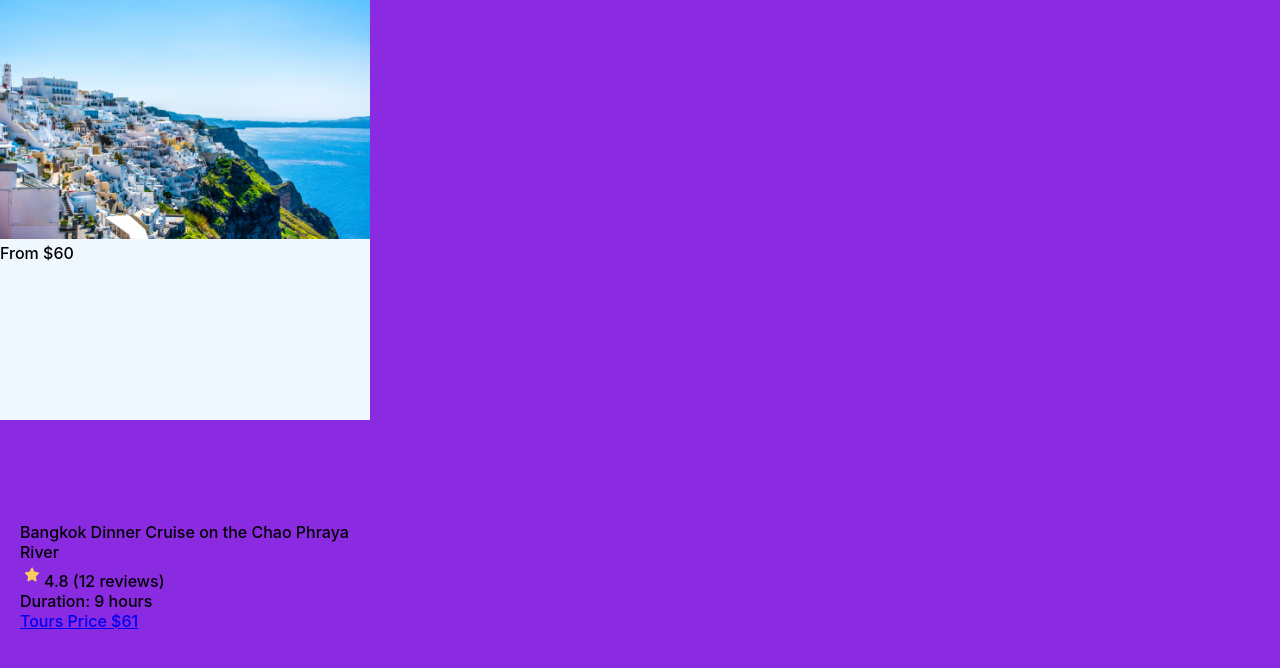
Repository: nguyentuankiet-k61/K_IT-demo
Page: index.html
The author's editor kept a copy of each file at every save. The page is drawn from the files as they stood at one save, then again after the next save.
The browser window is 1280 px wide. The pictures show the whole page.
Some web fonts or font styles are not loaded; a fallback is used.

Above is the page before, as saved 2022-09-25 12:26:04.

### index.html
<!DOCTYPE html>
<html lang="en">
<head>
    <meta charset="UTF-8">
    <meta http-equiv="X-UA-Compatible" content="IE=edge">
    <meta name="viewport" content="width=device-width, initial-scale=1.0">
    <title>HTML CSS Master</title>
    <link rel = "preconnect" href = "https://fonts.googleapis.com">
    <link rel = "preconnect" href = "https://fonts.gstatic.com" crossorigin>
    <link href = "https: //fonts.googleapis.com/css2? family = Inter: wght @ 500; 600 & display = swap "rel =" stylesheet ">
    <link rel="stylesheet" href="./CSS/app.css">
</head>
<body>
 <div class="">
    <div class="Tours">
        <!-- <div class="Tours_top">
            <img src="./image/img1.png" alt="this_is_image"/>From $40
        </div>
        <div class="Tours_content">

            <div class="Tours_titlle">Thailands Ayutthaya Temples
                Cruise from Bangkok</div>

            <div class="Tours_ratting">
                <div class="Tours_review">
                    <div class="Tours_review_count">
                        <img src="./image/img-star.png" alt="tours-ratting"/>4.8 (12 reviews)
                    </div>
                    <div class="Tours_Duration">Duration: 9 hours</div>
                </div>
            </div>
            <a href="https://www.facebook.com/kutooo" target="_blank"
            rel="noopener noreferrer" class="Tours-botton">Tours Price $61</a></br>
        <div class="Tours_top">
            <img src="./image/img1.png" alt="this_is_image"/>From $70
        </div>
        <div class="Tours_content">
            <div class="Tours_titlle">
                FLoating Markets Day Trip from
                Bangkok
            </div>
            <div class="Tours_ratting">
                <div class="Tours_review_count">
                    <img src="./image/img-star.png" alt="tours-ratting"/>4.8 (12 reviews)

                </div>
                <div class="Tours_Duration">
                    Duration: 9 hours
                </div>
            </div>
            <a href="https://www.facebook.com/kutooo" target="_blank"
            rel="noopener noreferrer"
            class="Tours_botton">Tours Price $61</a></br>
        </div>
        </div> -->
        <div class="Tours_top">
            <img src="./image/img3.png" alt="this_is_image"/>From $60
             <div class="Tours_content">
                <div class="Tours_titlle">
                    Bangkok Dinner Cruise on the
                    Chao Phraya River
                </div>
                <div class="Tours_ratting">
                    <div class="Tours_review_count">
                        <img src="./image/img-star.png" alt="tours-ratting"/>4.8 (12 reviews)

                    </div>
                    <div class="Tours_Ducatiom">
                        Duration: 9 hours
                    </div>
                </div>
               <a href="https://www.facebook.com/kutooo" target="_blank"
               rel="noopener noreferrer"
               class="Tours_botton">Tours Price $61</a>
            </div>
        </div>
    </div>
 </div>
</body>
</html>

### CSS/app.css
*{
    margin: 0;
    padding: 0;
    box-sizing: border-box;
}
body{
    font-family: 'Inter', sans-serif;
    font-weight: 500;
    background-color: blueviolet;
}
.Tours{
    width: 370px;
    height: 420px;
    background-color: aliceblue;
}
.Tours_content{
    padding: 259px 20px 14px;
}

After the next save:
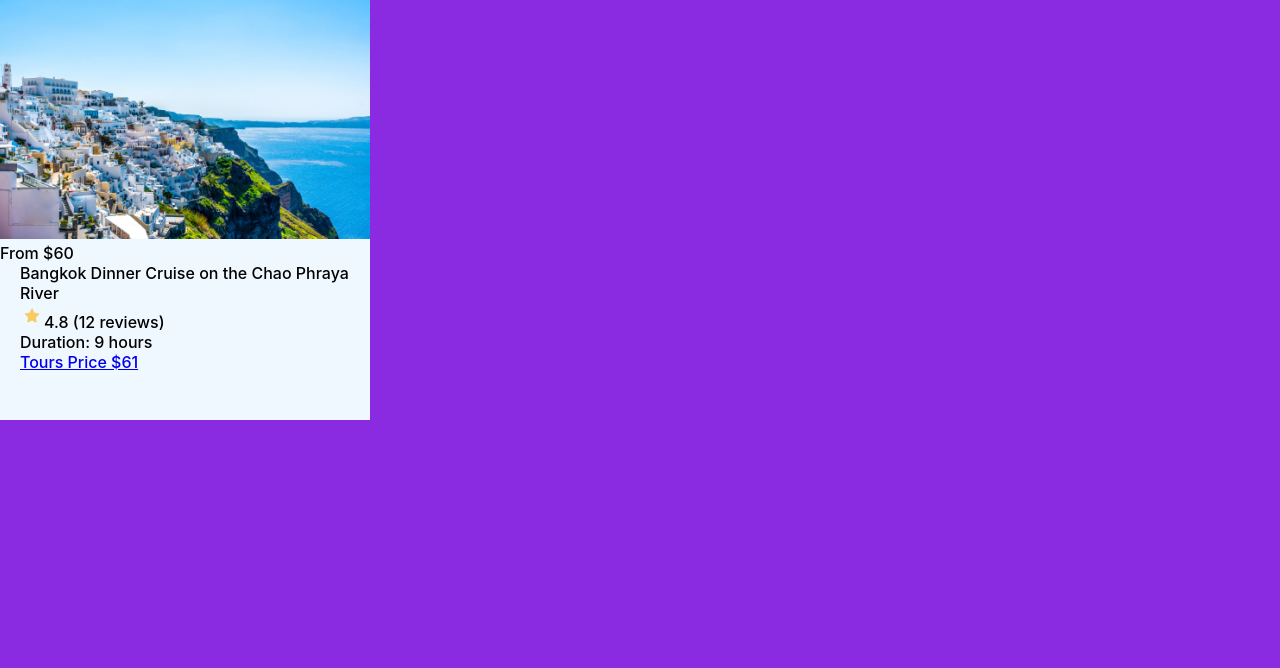
Saved 20 s later.
--- a/CSS/app.css
+++ b/CSS/app.css
@@ -14,5 +14,5 @@ body{
     background-color: aliceblue;
 }
 .Tours_content{
-    padding: 259px 20px 14px;
+    padding: 0px 20px 14px;
 }
